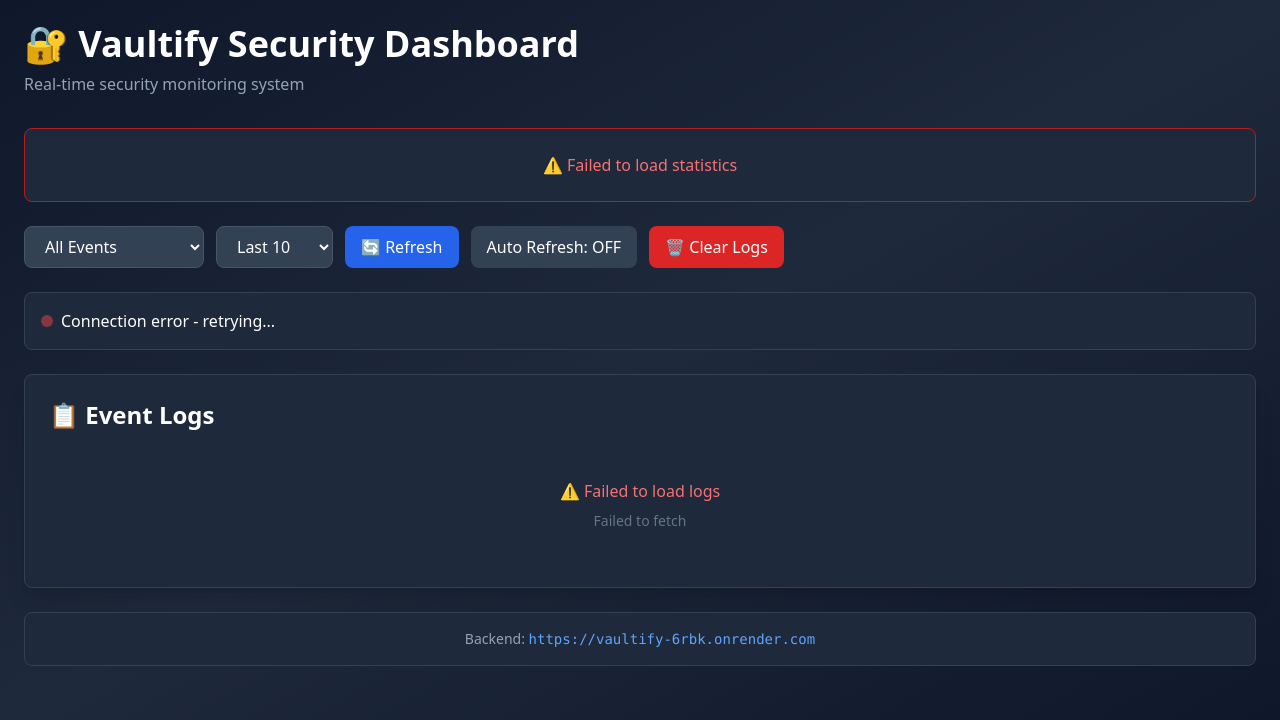
Repository: SH-Nihil-Mukkesh-25/Vaultify
Page: public/index.html
An editor plug-in stored every save of this project. The page is shown before and after the next save, followed by the edit.
The browser window is 1280 px wide. The pictures show the whole page.
The page's requests for data from a server got no answer. Some web libraries are served in a nearby version.

Above is the page before, as saved 2025-10-03 12:34:48.

### public/index.html
<!DOCTYPE html>
<html lang="en">
<head>
  <meta charset="UTF-8" />
  <meta name="viewport" content="width=device-width, initial-scale=1.0" />
  <title>Vaultify Security Dashboard</title>
  <script src="https://cdn.tailwindcss.com"></script>
  <link rel="stylesheet" href="">
</head>
<body class="bg-gradient-to-br from-slate-900 via-slate-800 to-slate-900 min-h-screen p-6">
  <div class="max-w-7xl mx-auto">
    <!-- Header -->
    <div class="mb-8">
      <h1 class="text-4xl font-bold text-white mb-2">🔐 Vaultify Security Dashboard</h1>
      <p class="text-slate-400">Real-time security monitoring system</p>
    </div>

    <!-- Stats Cards -->
    <div id="stats" class="grid grid-cols-1 md:grid-cols-2 lg:grid-cols-4 gap-4 mb-6">
      <!-- Stats injected here -->
    </div>

    <!-- Controls -->
    <div class="flex flex-wrap gap-3 mb-6">
      <select id="eventFilter" class="px-4 py-2 bg-slate-700 text-white border border-slate-600 rounded-lg focus:outline-none focus:ring-2 focus:ring-blue-500">
        <option value="all">All Events</option>
        <option value="motion_alert">Motion Alerts</option>
        <option value="door">Door Operations</option>
        <option value="rfid">RFID Events</option>
        <option value="system">System Events</option>
      </select>

      <select id="limitFilter" class="px-4 py-2 bg-slate-700 text-white border border-slate-600 rounded-lg focus:outline-none focus:ring-2 focus:ring-blue-500">
        <option value="10">Last 10</option>
        <option value="25">Last 25</option>
        <option value="50">Last 50</option>
        <option value="100">Last 100</option>
      </select>

      <button id="refreshBtn" class="px-4 py-2 bg-blue-600 hover:bg-blue-700 text-white rounded-lg transition-colors">
        🔄 Refresh
      </button>
      <button id="autoRefreshBtn" class="px-4 py-2 bg-slate-700 hover:bg-slate-600 text-white rounded-lg transition-colors">
        Auto Refresh: OFF
      </button>
      <button id="clearLogsBtn" class="px-4 py-2 bg-red-600 hover:bg-red-700 text-white rounded-lg transition-colors">
        🗑️ Clear Logs
      </button>
    </div>

    <!-- Status Indicator -->
    <div id="connectionStatus" class="mb-6 p-4 bg-slate-800 border border-slate-700 rounded-lg">
      <div class="flex items-center gap-2">
        <div id="statusDot" class="w-3 h-3 rounded-full bg-yellow-500 animate-pulse"></div>
        <span id="statusText" class="text-white font-medium">Connecting to backend...</span>
      </div>
    </div>

    <!-- Event Logs -->
    <div class="bg-slate-800 border border-slate-700 rounded-lg p-6 shadow-xl mb-6">
      <h2 class="text-2xl font-semibold text-white mb-4">📋 Event Logs</h2>
      <div id="logs" class="space-y-2 max-h-96 overflow-y-auto">
        <p class="text-slate-400 text-center py-8">Loading logs...</p>
      </div>
    </div>

    <!-- AI Summary (Optional - requires backend AI integration) -->
    <div id="aiSection" class="bg-slate-800 border border-slate-700 rounded-lg p-6 shadow-xl mb-6 hidden">
      <h2 class="text-2xl font-semibold text-white mb-4">🤖 AI Security Insights</h2>
      <p id="aiSummary" class="text-slate-300">AI analysis not available. Enable AI in backend settings.</p>
    </div>

    <!-- System Info -->
    <div class="bg-slate-800 border border-slate-700 rounded-lg p-4 text-center">
      <p class="text-slate-400 text-sm">
        Backend: <span id="backendUrl" class="text-blue-400 font-mono">https://vaultify-6rbk.onrender.com</span>
      </p>
    </div>
  </div>

  <script>
    const BACKEND_URL = "https://vaultify-6rbk.onrender.com";

    const logList = document.getElementById("logs");
    const statsDiv = document.getElementById("stats");
    const refreshBtn = document.getElementById("refreshBtn");
    const autoRefreshBtn = document.getElementById("autoRefreshBtn");
    const clearLogsBtn = document.getElementById("clearLogsBtn");
    const eventFilter = document.getElementById("eventFilter");
    const limitFilter = document.getElementById("limitFilter");
    const statusDot = document.getElementById("statusDot");
    const statusText = document.getElementById("statusText");
    const backendUrlSpan = document.getElementById("backendUrl");

    let autoRefresh = false;
    let intervalId = null;
    let logsData = [];

    backendUrlSpan.textContent = BACKEND_URL;

    // Event type icons and colors
    const eventConfig = {
      motion_alert: { icon: "🚨", color: "bg-red-900 border-red-700 text-red-200", label: "MOTION ALERT" },
      alarm_deactivated: { icon: "✅", color: "bg-green-900 border-green-700 text-green-200", label: "ALARM OFF" },
      door_unlocked: { icon: "🔓", color: "bg-blue-900 border-blue-700 text-blue-200", label: "DOOR UNLOCKED" },
      door_locked: { icon: "🔒", color: "bg-purple-900 border-purple-700 text-purple-200", label: "DOOR LOCKED" },
      door_autolock: { icon: "⏰", color: "bg-orange-900 border-orange-700 text-orange-200", label: "AUTO-LOCK" },
      rfid_invalid: { icon: "❌", color: "bg-red-900 border-red-700 text-red-200", label: "ACCESS DENIED" },
      system_start: { icon: "⚡", color: "bg-slate-700 border-slate-600 text-slate-200", label: "SYSTEM START" },
      default: { icon: "📝", color: "bg-slate-700 border-slate-600 text-slate-200", label: "EVENT" }
    };

    function getEventConfig(eventType) {
      return eventConfig[eventType] || eventConfig.default;
    }

    function updateConnectionStatus(connected) {
      if (connected) {
        statusDot.className = "w-3 h-3 rounded-full bg-green-500";
        statusText.textContent = "Connected to backend";
      } else {
        statusDot.className = "w-3 h-3 rounded-full bg-red-500 animate-pulse";
        statusText.textContent = "Connection error - retrying...";
      }
    }

    async function fetchLogs() {
      try {
        const type = eventFilter.value;
        const limit = limitFilter.value;

        const url = type === "all"
          ? `${BACKEND_URL}/logs?limit=${limit}`
          : `${BACKEND_URL}/logs?limit=${limit}&type=${type}`;

        const res = await fetch(url);

        if (!res.ok) {
          throw new Error(`HTTP ${res.status}`);
        }

        logsData = await res.json();
        updateConnectionStatus(true);
        renderLogs();
      } catch (err) {
        console.error("Fetch logs error:", err);
        updateConnectionStatus(false);
        logList.innerHTML = `
          <div class="text-center py-8">
            <p class="text-red-400 mb-2">⚠️ Failed to load logs</p>
            <p class="text-slate-500 text-sm">${err.message}</p>
          </div>
        `;
      }
    }

    function renderLogs() {
      if (!logsData || logsData.length === 0) {
        logList.innerHTML = `
          <div class="text-center py-8">
            <p class="text-slate-400">📭 No logs available</p>
            <p class="text-slate-500 text-sm mt-2">Logs will appear here when security events occur</p>
          </div>
        `;
        return;
      }

      logList.innerHTML = logsData.map(log => {
        const config = getEventConfig(log.event_type);
        const timestamp = log.timestamp || new Date().toISOString();
        const displayTime = new Date(timestamp).toLocaleString();

        return `
          <div class="p-4 ${config.color} border rounded-lg transition-all hover:scale-[1.01]">
            <div class="flex items-start gap-3">
              <span class="text-2xl">${config.icon}</span>
              <div class="flex-1">
                <div class="flex items-center justify-between mb-1">
                  <span class="font-semibold">${config.label}</span>
                  <span class="text-xs opacity-75">${displayTime}</span>
                </div>
                <p class="text-sm opacity-90">${log.message || log.detail || 'No details'}</p>
                ${log.metadata ? `<p class="text-xs opacity-75 mt-1">Metadata: ${JSON.stringify(log.metadata)}</p>` : ''}
              </div>
            </div>
          </div>
        `;
      }).join("");
    }

    async function fetchStats() {
      try {
        const res = await fetch(`${BACKEND_URL}/stats`);

        if (!res.ok) {
          throw new Error(`HTTP ${res.status}`);
        }

        const stats = await res.json();

        statsDiv.innerHTML = `
          <div class="p-6 bg-slate-800 border border-slate-700 rounded-lg shadow-lg text-center transform transition-all hover:scale-105">
            <p class="text-slate-400 text-sm mb-2">Total Events</p>
            <p class="text-4xl font-bold text-white">${stats.total_logs || 0}</p>
          </div>
          <div class="p-6 bg-slate-800 border border-slate-700 rounded-lg shadow-lg text-center transform transition-all hover:scale-105">
            <p class="text-slate-400 text-sm mb-2">Event Types</p>
            <p class="text-4xl font-bold text-blue-400">${Object.keys(stats.event_types || {}).length}</p>
          </div>
          <div class="p-6 bg-slate-800 border border-slate-700 rounded-lg shadow-lg text-center transform transition-all hover:scale-105">
            <p class="text-slate-400 text-sm mb-2">Alerts</p>
            <p class="text-4xl font-bold text-red-400">${stats.alerts || 0}</p>
          </div>
          <div class="p-6 bg-slate-800 border border-slate-700 rounded-lg shadow-lg text-center transform transition-all hover:scale-105">
            <p class="text-slate-400 text-sm mb-2">Door Operations</p>
            <p class="text-4xl font-bold text-green-400">${stats.door_operations || 0}</p>
          </div>
        `;
      } catch (err) {
        console.error("Fetch stats error:", err);
        statsDiv.innerHTML = `
          <div class="col-span-full p-6 bg-slate-800 border border-red-700 rounded-lg text-center">
            <p class="text-red-400">⚠️ Failed to load statistics</p>
          </div>
        `;
      }
    }

    async function clearAllLogs() {
      if (!confirm("Are you sure you want to clear all logs? This action cannot be undone.")) {
        return;
      }

      try {
        const res = await fetch(`${BACKEND_URL}/clear-logs`, { method: "POST" });

        if (!res.ok) {
          throw new Error(`HTTP ${res.status}`);
        }

        await fetchLogs();
        await fetchStats();
        alert("✅ Logs cleared successfully!");
      } catch (err) {
        console.error("Clear logs error:", err);
        alert("❌ Failed to clear logs: " + err.message);
      }
    }

    // Event Listeners
    refreshBtn.addEventListener("click", () => {
      fetchLogs();
      fetchStats();
    });

    autoRefreshBtn.addEventListener("click", () => {
      autoRefresh = !autoRefresh;
      autoRefreshBtn.textContent = `Auto Refresh: ${autoRefresh ? "ON" : "OFF"}`;
      autoRefreshBtn.className = autoRefresh
        ? "px-4 py-2 bg-green-600 hover:bg-green-700 text-white rounded-lg transition-colors"
        : "px-4 py-2 bg-slate-700 hover:bg-slate-600 text-white rounded-lg transition-colors";

      if (autoRefresh) {
        intervalId = setInterval(() => {
          fetchLogs();
          fetchStats();
        }, 5000);
      } else {
        clearInterval(intervalId);
      }
    });

    clearLogsBtn.addEventListener("click", clearAllLogs);
    eventFilter.addEventListener("change", fetchLogs);
    limitFilter.addEventListener("change", fetchLogs);

    // Initial load
    fetchLogs();
    fetchStats();

    // Retry connection every 10 seconds if disconnected
    setInterval(() => {
      if (statusDot.className.includes("red")) {
        fetchLogs();
        fetchStats();
      }
    }, 10000);
  </script>
</body>
</html>

### public/vaultify-styles.css
* {
  margin: 0;
  padding: 0;
  box-sizing: border-box;
}

body {
  font-family: 'Georgia', 'Times New Roman', serif;
  padding: 40px 20px;
  background: #f4f1e8;
  color: #2a2520;
  min-height: 100vh;
  line-height: 1.6;
}

h1 {
  color: #1a1410;
  font-size: 2.2em;
  margin-bottom: 30px;
  font-weight: 600;
  letter-spacing: 0.5px;
  border-bottom: 1px solid #d4cfc4;
  padding-bottom: 15px;
}

h2 {
  margin-top: 30px;
  margin-bottom: 20px;
  color: #3a3530;
  font-size: 1.6em;
  font-weight: 500;
}

h3 {
  margin-top: 30px;
  margin-bottom: 15px;
  color: #4a4540;
  font-size: 1.1em;
  font-weight: 600;
  letter-spacing: 0.5px;
}

#logs {
  max-height: 350px;
  overflow-y: auto;
  background: #fefdfb;
  border: 1px solid #d4cfc4;
  padding: 20px;
  box-shadow: 0 2px 8px rgba(0, 0, 0, 0.08);
}

#logs::-webkit-scrollbar {
  width: 6px;
}

#logs::-webkit-scrollbar-track {
  background: #f4f1e8;
}

#logs::-webkit-scrollbar-thumb {
  background: #9a9288;
  border-radius: 3px;
}

#logs::-webkit-scrollbar-thumb:hover {
  background: #7a7268;
}

.log {
  padding: 12px 0;
  border-bottom: 1px solid #ebe8df;
  font-size: 0.95em;
  color: #4a4540;
}

.log:hover {
  background: #faf8f3;
}

.log:last-child {
  border-bottom: none;
}

.log strong {
  font-weight: 600;
  color: #2a2520;
}

.motion_alert {
  color: #8b3a3a;
  font-weight: 600;
}

.door_unlocked {
  color: #2d5f4f;
  font-weight: 600;
}

.door_autolock {
  color: #8b6914;
  font-weight: 600;
}

.rfid_invalid {
  color: #943838;
  font-weight: 600;
}

#ai-summary,
#ai-answer {
  background: #fefdfb;
  padding: 20px;
  border: 1px solid #d4cfc4;
  min-height: 60px;
  line-height: 1.7;
  box-shadow: 0 2px 8px rgba(0, 0, 0, 0.08);
  color: #4a4540;
}

input {
  padding: 12px 16px;
  width: 300px;
  background: #fefdfb;
  border: 1px solid #c4bfb4;
  color: #2a2520;
  font-family: 'Georgia', 'Times New Roman', serif;
  font-size: 0.95em;
  transition: all 0.2s;
}

input:focus {
  outline: none;
  border-color: #8a8278;
  box-shadow: 0 0 0 3px rgba(138, 130, 120, 0.1);
}

input::placeholder {
  color: #9a9288;
}

button {
  padding: 12px 24px;
  margin-left: 10px;
  cursor: pointer;
  background: #3a3530;
  color: #f4f1e8;
  border: none;
  font-family: 'Georgia', 'Times New Roman', serif;
  font-weight: 500;
  font-size: 0.95em;
  transition: all 0.2s;
}

button:hover {
  background: #2a2520;
}

button:active {
  transform: translateY(1px);
}

#door-status {
  background: #fefdfb;
  padding: 20px;
  border-left: 3px solid #6a6258;
  box-shadow: 0 2px 8px rgba(0, 0, 0, 0.08);
}

@media (max-width: 768px) {
  body {
    padding: 20px 10px;
  }

  h1 {
    font-size: 1.8em;
  }

  input {
    width: 100%;
    margin-bottom: 10px;
  }

  button {
    margin-left: 0;
    width: 100%;
  }
}

After the next save:
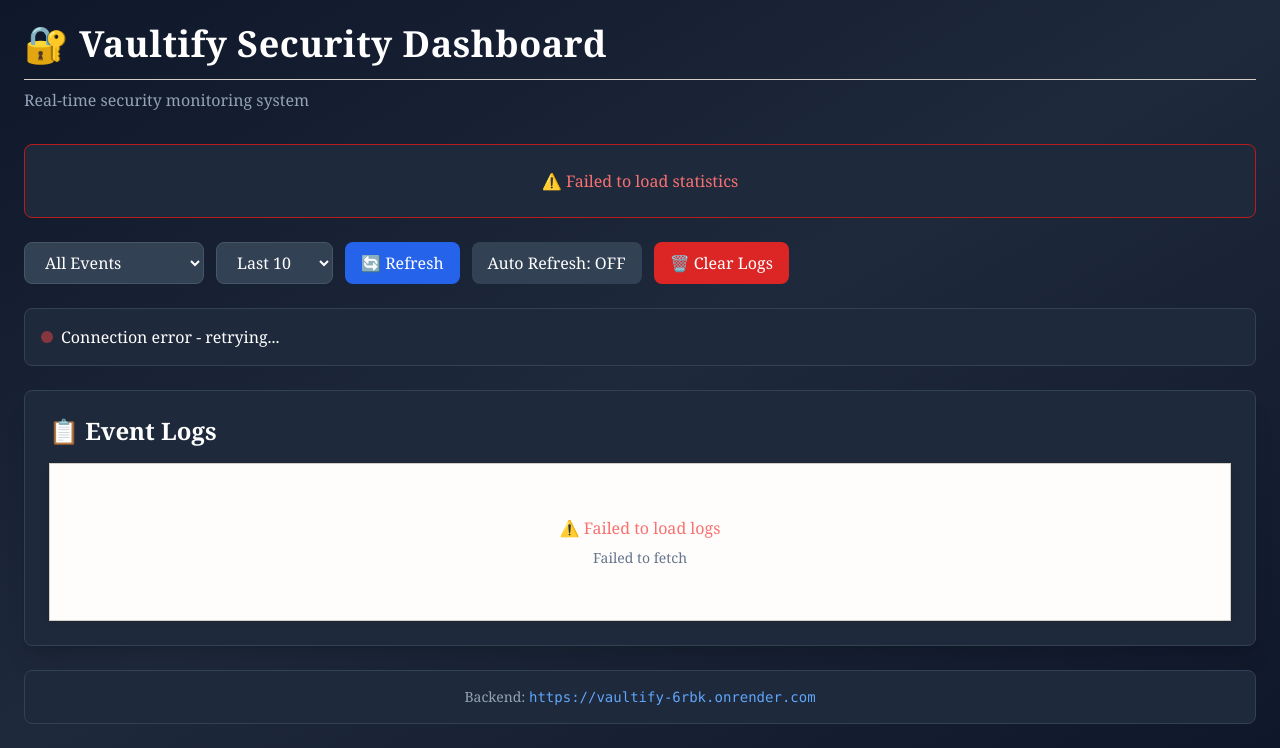
Saved 25 s later.
--- a/public/index.html
+++ b/public/index.html
@@ -5,7 +5,7 @@
   <meta name="viewport" content="width=device-width, initial-scale=1.0" />
   <title>Vaultify Security Dashboard</title>
   <script src="https://cdn.tailwindcss.com"></script>
-  <link rel="stylesheet" href="">
+  <link rel="stylesheet" href="vaultify-styles.css">
 </head>
 <body class="bg-gradient-to-br from-slate-900 via-slate-800 to-slate-900 min-h-screen p-6">
   <div class="max-w-7xl mx-auto">
